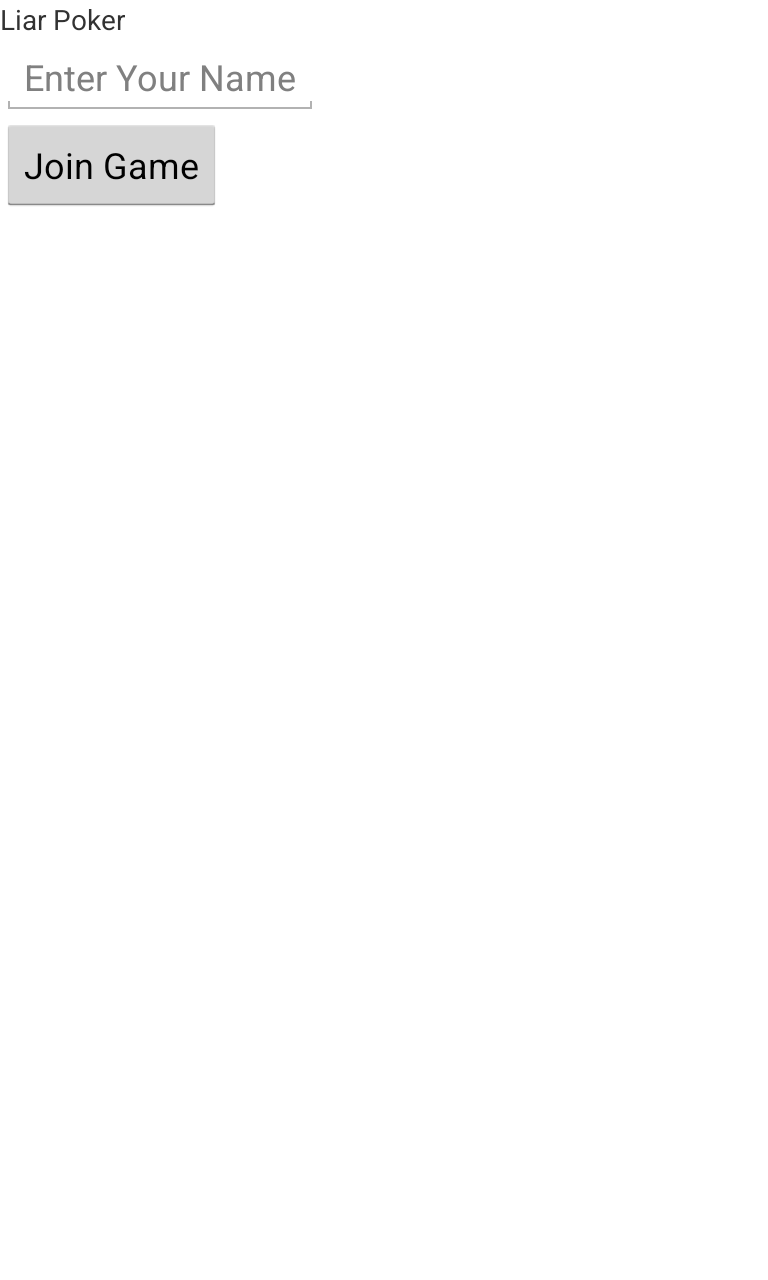
Repository: RayyLim/LiarPoker
Layout: LiarPoker/res/layout/activity_main.xml
An editor plug-in stored every save of this project. The layout is shown before and after the next save, followed by the edit.
It is drawn on a 768 x 1280 px phone screen (xhdpi) without system bars, with theme AppTheme; the app's code is not run.

Above is the layout before, as saved 2012-07-21 22:52:38.

### LiarPoker/res/layout/activity_main.xml
<LinearLayout xmlns:android="http://schemas.android.com/apk/res/android"
    xmlns:tools="http://schemas.android.com/tools"
    android:layout_width="match_parent"
    android:layout_height="match_parent"
    android:orientation="vertical" >


    <TextView
        android:layout_width="wrap_content"
        android:layout_height="wrap_content"
        android:text="@string/liarpokertitle"
        tools:context=".MainActivity" />

        <EditText android:id="@+id/edit_message"
        android:layout_weight="0"
        android:layout_width="wrap_content"
        android:layout_height="wrap_content"
        android:hint="@string/enteryourname_message" />

            <Button
        android:layout_width="wrap_content"
        android:layout_height="wrap_content"
        android:text="@string/button_joingame"
        android:onClick="sendMessage"/>

</LinearLayout>

### LiarPoker/res/values/strings.xml
<resources>

    <string name="app_name">LiarPoker</string>
    <string name="hello_world">Hello world!</string>
    <string name="menu_settings">Settings</string>
    <string name="title_activity_main">MainActivity</string>
    <string name="button_send">SEND!</string>
<string name="liarpokertitle">Liar Poker</string>
<string name="button_joingame">Join Game</string>
<string name="enteryourname_message">Enter Your Name</string>
</resources>

Loaded but not shown: LiarPoker/res/values-v11/styles.xml (common file); LiarPoker/res/values-v14/styles.xml (common file); LiarPoker/res/values/styles.xml (common file)

After the next save:
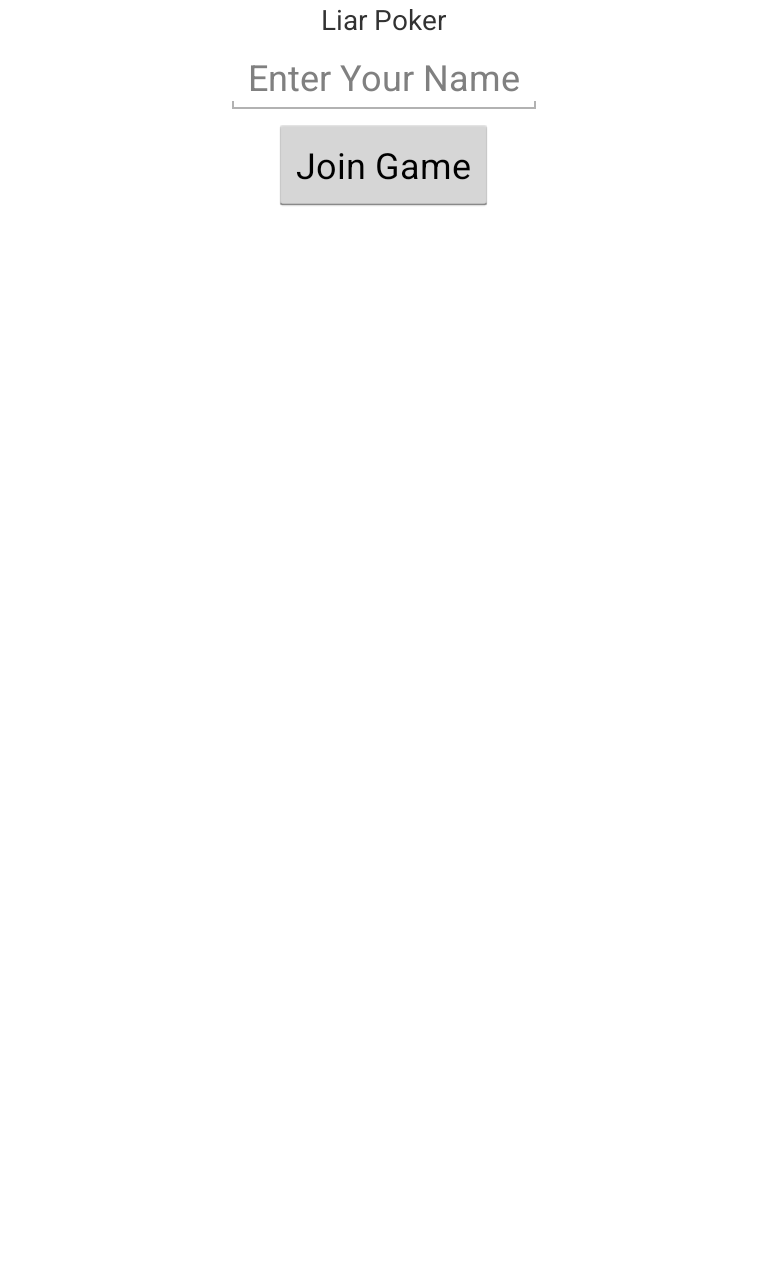
Saved 93 s later.
--- a/LiarPoker/res/layout/activity_main.xml
+++ b/LiarPoker/res/layout/activity_main.xml
@@ -9,18 +9,21 @@
         android:layout_width="wrap_content"
         android:layout_height="wrap_content"
         android:text="@string/liarpokertitle"
+        android:layout_gravity="center_horizontal"
         tools:context=".MainActivity" />
 
         <EditText android:id="@+id/edit_message"
         android:layout_weight="0"
         android:layout_width="wrap_content"
         android:layout_height="wrap_content"
+        android:layout_gravity="center_horizontal"
         android:hint="@string/enteryourname_message" />
 
             <Button
         android:layout_width="wrap_content"
         android:layout_height="wrap_content"
         android:text="@string/button_joingame"
+        android:layout_gravity="center_horizontal"
         android:onClick="sendMessage"/>
 
 </LinearLayout>
